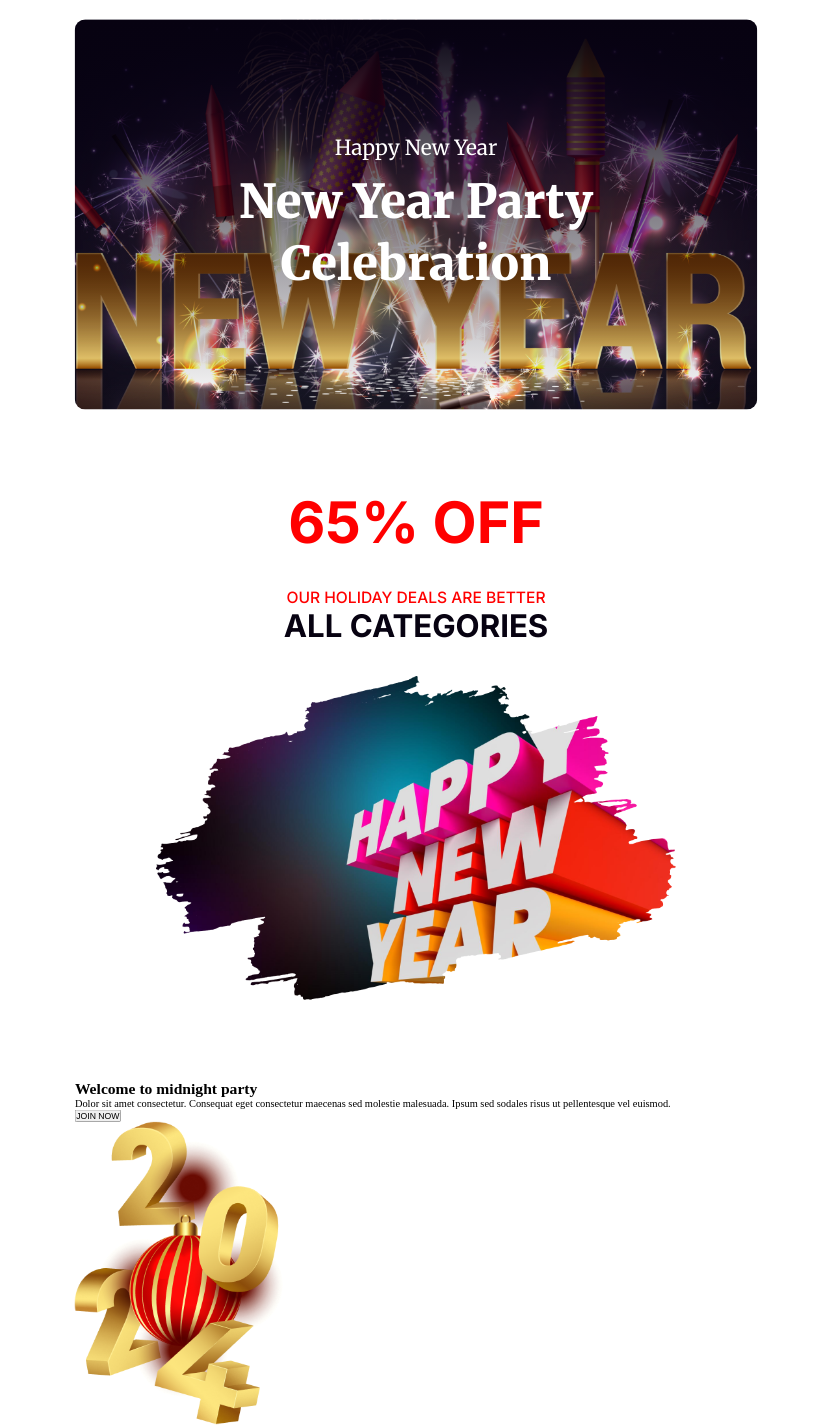
Repository: rahmatahmedrifat/First-Assignment
Page: index.html
The author's editor kept a copy of each file at every save. The page is drawn from the files as they stood at one save, then again after the next save.
The browser window is 1280 px wide. The pictures show the whole page, at 65% of full size.

Above is the page before, as saved 2024-01-08 01:55:19.

After the next save:
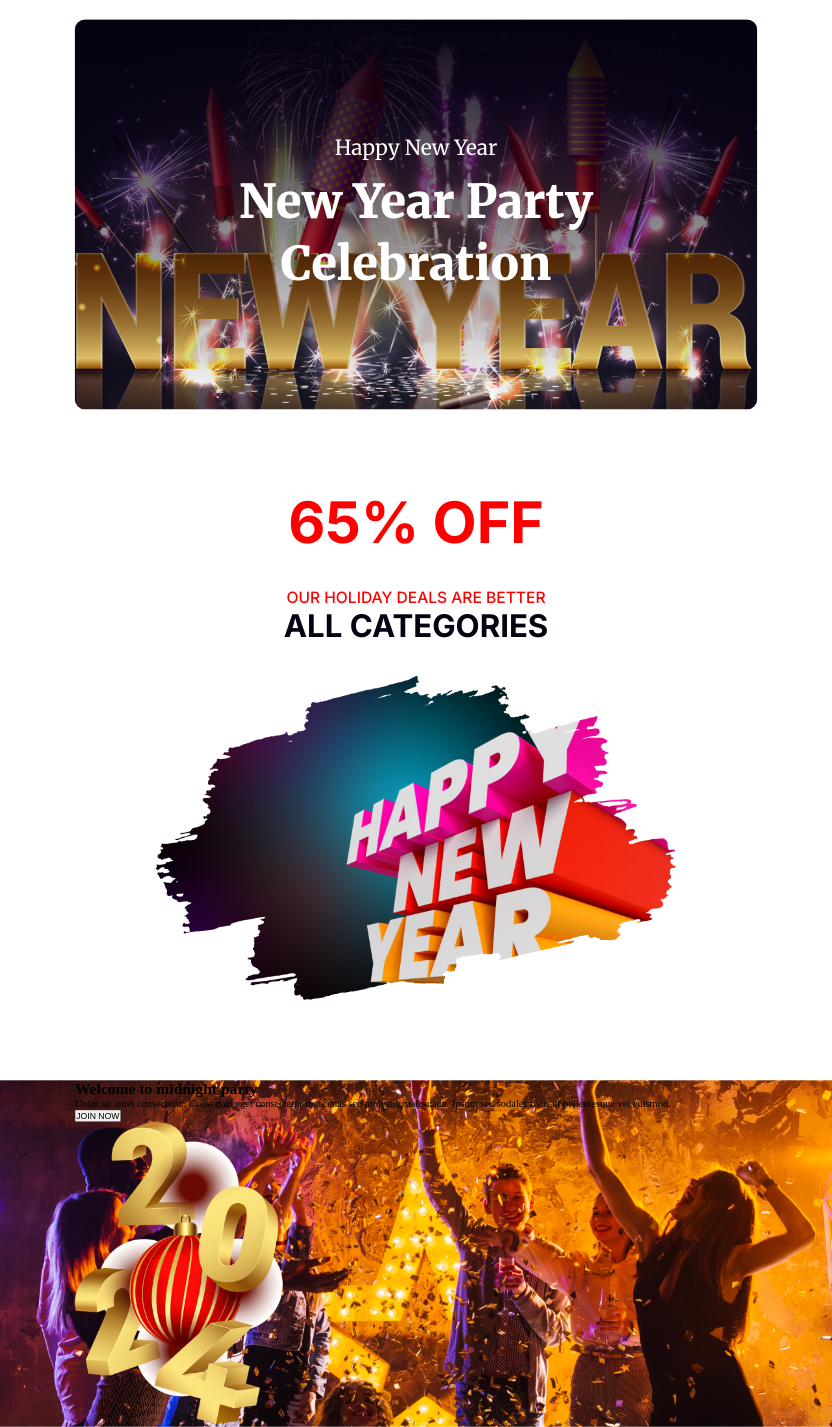
Saved 2 min 51 s later.
--- a/Style/style.css
+++ b/Style/style.css
@@ -90,3 +90,9 @@
 }
 
 /* party-banner section css style  */
+#party-banner{
+    background-image: url(../images/Vectorrr.png);
+    background-repeat: no-repeat;
+    background-position: center;
+    background-size: cover;
+}
